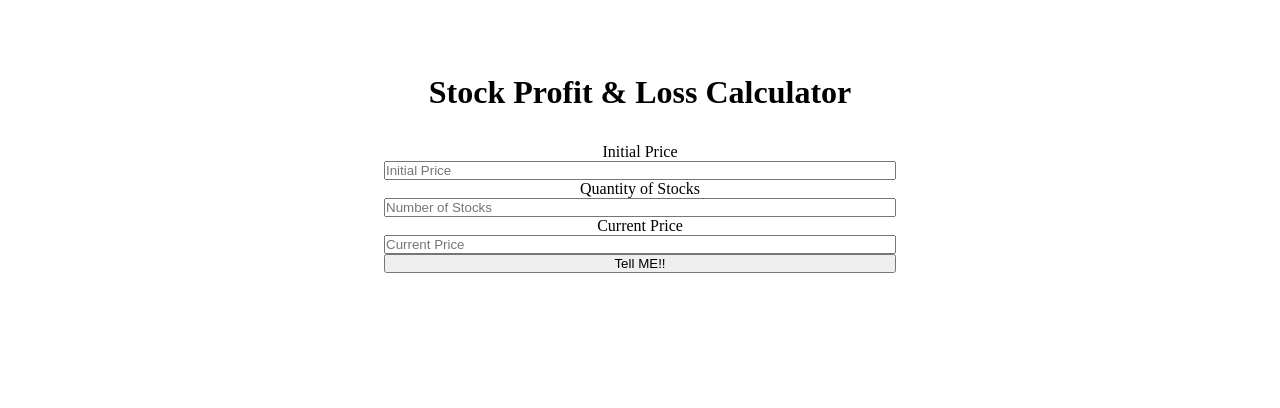
Repository: patelamancode/Stock-P-L-Calculator
Page: index.html
The author's editor kept a copy of each file at every save. The page is drawn from the files as they stood at one save, then again after the next save.
The browser window is 1280 px wide. The pictures show the whole page.

Above is the page before, as saved 2022-11-23 18:03:35.

### index.html
<!DOCTYPE html>
<html lang="en">
<head>
    <meta charset="UTF-8">
    <meta http-equiv="X-UA-Compatible" content="IE=edge">
    <meta name="viewport" content="width=device-width, initial-scale=1.0">
    <link rel="stylesheet" href="index.css">
    <title>Stock Profit and Loss Calc</title>
</head>
<body>
    <div id="main-container">
        <h1 class="app-title">Stock Profit & Loss Calculator</h1>
        <label for="initial Price">Initial Price</label>
        <input type="text" placeholder="Initial Price">
        <label for="number of stock">Quantity of Stocks</label>
        <input type="text" placeholder="Number of Stocks">
        <label for="current Price">Current Price</label>
        <input type="text" placeholder="Current Price" >
        <button>Tell ME!!</button>
    </div>
</body>
</html>

### index.css
* {
    margin: 0;
    padding: 0;
  }


  #main-container {
    display: flex;
    flex-direction: column;
    width: 40vw;
    margin: auto;
    margin-top: 2rem;
    padding: 10px;
    text-align: center;
  }

  .app-title {
    margin: 2rem 0;
  }
  label{
    margin 1rem
  }

After the next save:
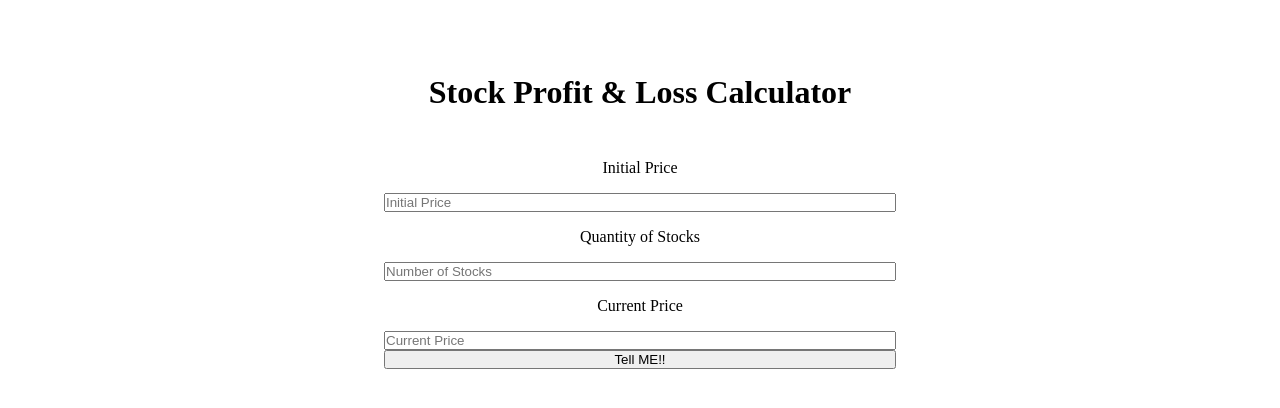
Saved 8 s later.
--- a/index.css
+++ b/index.css
@@ -18,5 +18,5 @@
     margin: 2rem 0;
   }
   label{
-    margin 1rem
+    margin: 1rem;
   }
